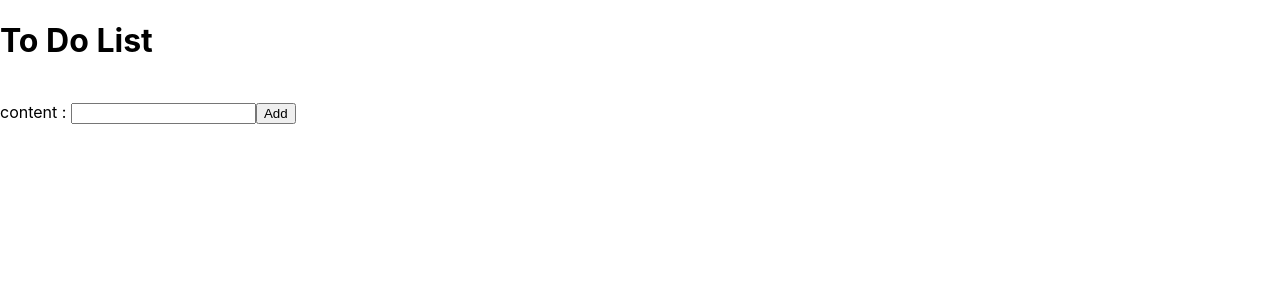
Repository: Marwa-Medhat/ReactJS-Labs
Page: /todolist (app in myapp/)
The author's editor kept a copy of each file at every save. The page is drawn from the files as they stood at one save, then again after a run of saves.
The browser window is 1280 px wide. The pictures show the whole page.
The project was rebuilt for these pictures with package versions that can differ from the ones it lists, and the page was loaded fresh each time.

Above is the page before, as saved 2021-04-28 17:43:38.

After the next 3 saves:
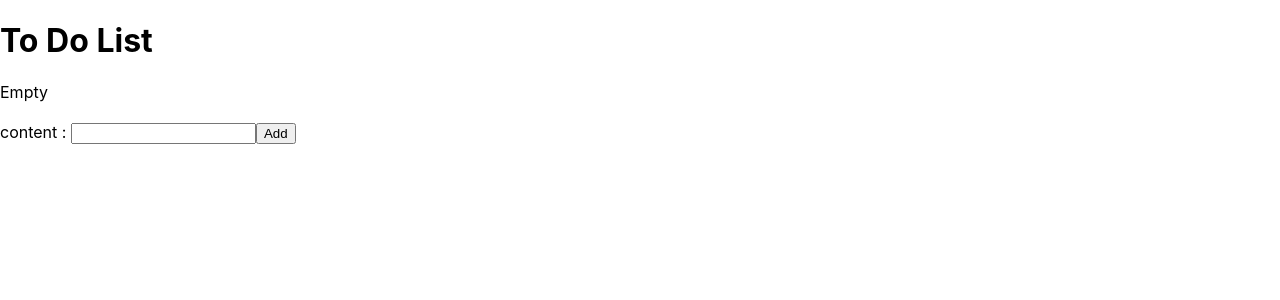
The 3 saves are shown as one change because 2 did not build or start.
The last was saved 4 min 21 s later.
--- a/myapp/src/App2.js
+++ b/myapp/src/App2.js
@@ -9,29 +9,29 @@ class App extends React.Component{
         }
     }
 
-    // componentDidMount(){
-    //     if(localStorage["contents"]){
-    //     let contacts = JSON.parse(localStorage["contents"])
+    componentDidMount(){
+        if(localStorage["contents"]){
+        let contents = JSON.parse(localStorage["contents"])
 
-    //     this.setState({contents:contents})
-    //     }
-    // }
+        this.setState({contents:contents})
+        }
+    }
 
-    // addContent=(content)=>{
-    //     this.state.contacts.push(content);
-    //     this.setState({contents:this.state.contents});
-    //     this.saveToLocalStorage();
-    // }
+    addContent=(content)=>{
+        this.state.contents.push(content);
+        this.setState({contents:this.state.contents});
+        this.saveToLocalStorage();
+    }
 
-    // saveToLocalStorage=()=>{
-    //     localStorage["contents"] = JSON.stringify(this.state.contents);
-    // }
+    saveToLocalStorage=()=>{
+        localStorage["contents"] = JSON.stringify(this.state.contents);
+    }
 
     render(){
         return <div>
             <h1>To Do List</h1>
-            {/* <DisplayContacts contacts={this.state.contacts} /> */}
-            <AddContact addContact={this.addContact} />
+            <DisplayContacts contents={this.state.contents} />
+            <AddContact addContent={this.addContent} />
         </div>
     }
 
@@ -67,29 +67,25 @@ class AddContact extends React.Component{
 }
 
 
-// class DisplayContacts extends React.Component{
-//     render(){
-//         return <div>
-//             {this.props.contacts.length > 0 ?this.props.contacts.map((item)=>{
-//                 return <DisplayContact contact={item} key={item.phone} />
-//             }):"Empty"}
-//         </div>
-//     }
-// }
+class DisplayContacts extends React.Component{
+    render(){
+        return <div>
+            {this.props.contents.length > 0 ?this.props.contents.map((item)=>{
+                return <DisplayContact content={item} key={item.content} />
+            }):"Empty"}
+        </div>
+    }
+}
 
-// DisplayContacts.defaultProps={
-//     contacts:[]
-// }
+DisplayContacts.defaultProps={
+    contents:[]
+}
 
-// class DisplayContact extends React.Component{
-//     render(){
-//         return <div>
-//             Name : {this.props.contact.name} <br/>
-//             Email : {this.props.contact.email} <br/>
-//             Phone : <a href={"tel:"+this.props.contact.phone}>{this.props.contact.phone}</a> <hr/>
-//         </div>
-//     }
-// }
-
-
+class DisplayContact extends React.Component{
+    render(){
+        return <div>
+            Task : {this.props.contact.content} <br/>
+        </div>
+    }
+}
 export default App;
